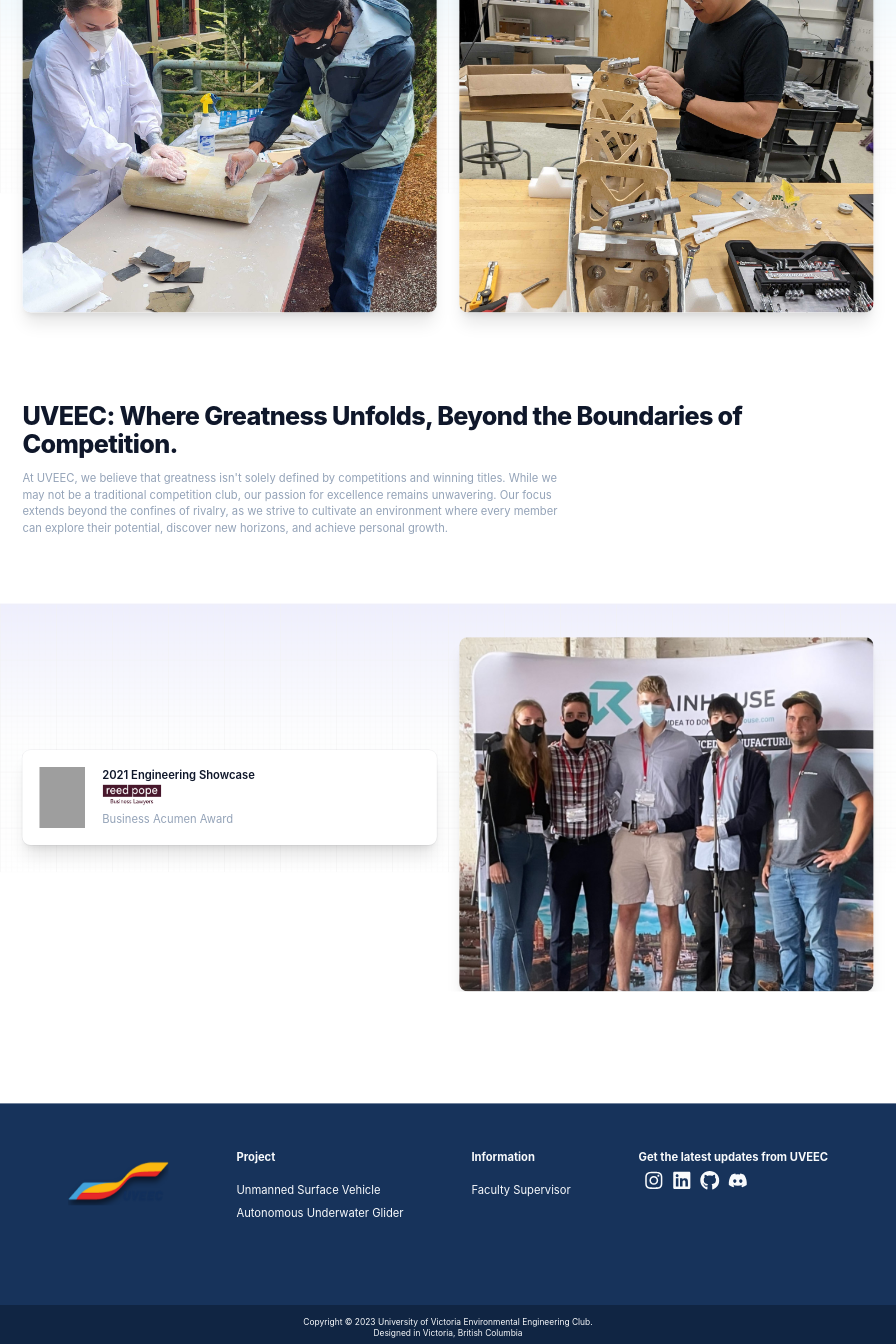
Repository: markaxelus/uveec-website
Page: /
These files come from the project's save history. The page is drawn as it stood at one moment and after the next save; the edit follows.
The browser window is 1280 px wide. The pictures show the part of the page from y = 1296 to 3216 px (the page is 3216 px tall before and 3184 px after), at 70% of full size.
Pictures or frames that could not be fetched are drawn as grey boxes. The project was rebuilt for these pictures with package versions that can differ from the ones it lists, and the page was loaded fresh each time. The framework's server and built-in components were replaced by stand-ins that run in the browser. Also part of the build but not shown: next.config.js, src/components/molecules/ProfileCard.tsx.

Above is the page before, as saved 2024-06-08 23:39:06.

After the next save:
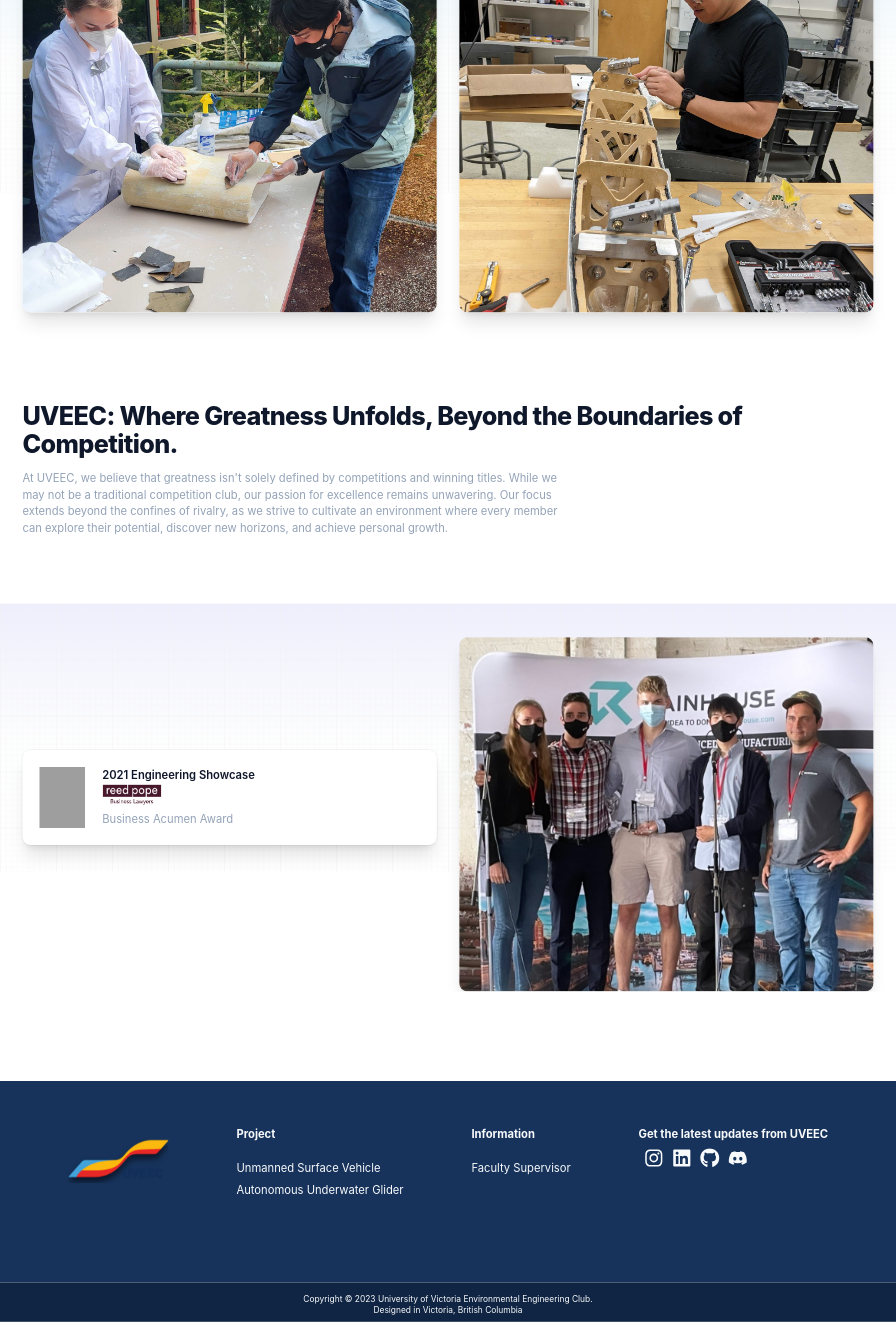
Saved 38 s later.
--- a/pages/index.tsx
+++ b/pages/index.tsx
@@ -38,7 +38,7 @@
         <HeroBanner />
         <SponsorMarquee />
         <main>
-          <div className="pt-20 mb-20 space-y-20 overflow-hidden sm:pt-32 sm:mb-32 sm:space-y-32 md:pt-40 md:mb-40 md:space-y-20">
+          <div className="pt-20 mb-20 space-y-20 overflow-hidden sm:pt-32 sm:mb-32 sm:space-y-32 md:pt-40 md:mb-30 md:space-y-20">
 
             <section id="team">
               <div className="max-w-7xl mx-auto px-4 sm:px-6 md:px-8">
